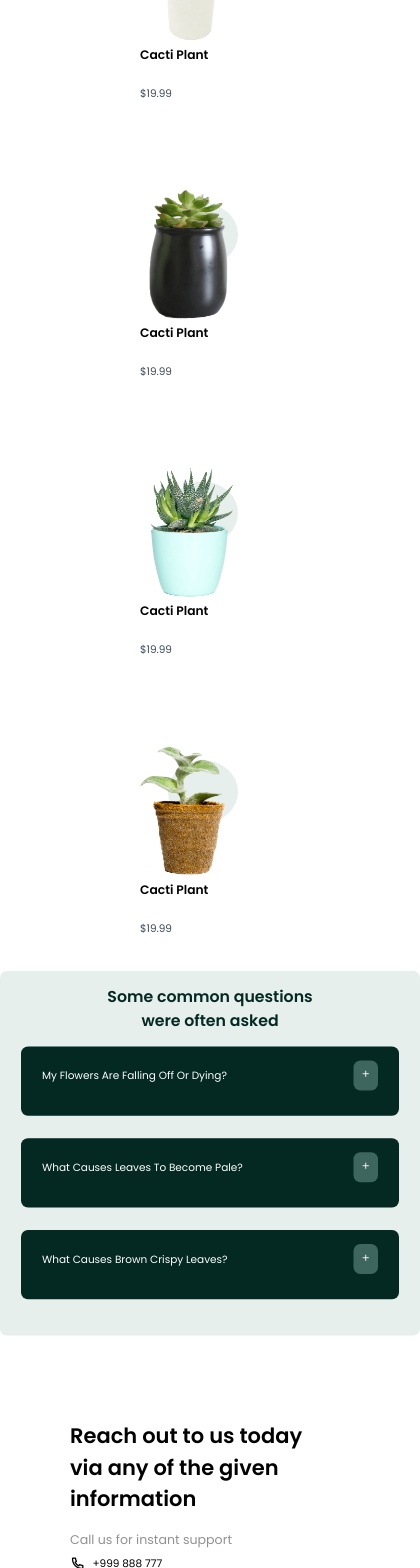
Repository: OmniaRafat232111121/plantwebsite
Page: index.html
An editor plug-in stored every save of this project. The page is shown before and after a run of saves, followed by the edit.
The browser window is 600 px wide. The pictures show the part of the page from y = 4260 to 6500 px (the page is 7720 px tall), at 70% of full size.

Above is the page before, as saved 2023-01-05 17:21:40.

### index.html
<!DOCTYPE html>
<html lang="en">
<head>
    <meta charset="UTF-8">
    <meta http-equiv="X-UA-Compatible" content="IE=edge">
    <meta name="viewport" content="width=device-width, initial-scale=1.0">
    <title>plant-website</title>
      <!--icon web-->
    <link rel="shortcut icon" href="assets/img/favicon.png" type="image/x-icon">
    <!--css style-->
    <link rel="stylesheet" href="./assets/css/styles.css">
    <!--remix icon-->
    <link href="https://cdn.jsdelivr.net/npm/remixicon@2.5.0/fonts/remixicon.css" rel="stylesheet">

</head>
<body>
<!--header-->
<header class="header" id="header">
<div class="container-header">
    <a class="nav_logo">
   <i class="ri-leaf-line nav_logo-icon "></i>Plantex
</a>

<nav class="nav_menu" id="nav_menu">
    <ul class="nav_list" id="nav_list">
        <li class="nav_item" id="nav_item">
                            <a href="#home" class="nav_link active-link">Home</a>
                        </li>
                        <li class="nav__item">
                            <a href="#about" class="nav_link">About</a>
                        </li>
                        <li class="nav__item">
                            <a href="#products" class="nav_link">Products</a>
                        </li>
                        <li class="nav__item">
                            <a href="#faqs" class="nav_link">FAQs</a>
                        </li>
                        <li class="nav__item">
                            <a href="#contact" class="nav_link">Contact Us</a>
                        </li>
                        <li class="mood">
       <i class= "ri-moon-line change-theme" id="theme-button"></i>

    </li>



    </ul>

    <div class="nav-close" id="nav_close">
        <i class="ri-close-line"></i>

    </div>
    <div  class="nav-btns">
   <i class= "ri-moon-line change-theme" id="theme-button"></i>
    <div class="nav-toggle" id="navToggle">
      <i class="ri-menu-line"></i>
    </div>
   </div>
    </div>
</nav>
</div>

</header>


    <!--home start-->
    <section class="home" id="home">
        <div class="home-container">
            <div class="left-content">
                <h1 class="home-title">plants will make <br>
                    your life better</h1>
                <p class="home-des">Create incredible plant design for your offices or apastaments. Add fresness to your new ideas.</p>
              <a>Explore<i class="ri-arrow-right-down-line button__icon"></i></a>
            </div>
            <div class="right-content">
            <img src="./assets/img/home.png" alt=""/>
            <div class=social_icons>
                 <span class="home__social-follow">Follow Us</span>

                        <div class="home__social-links">
                            <a href="https://www.facebook.com/" target="_blank" class="home__social-link">
                                <i class="ri-facebook-fill"></i>
                            </a>
                            <a href="https://www.instagram.com/" target="_blank" class="home__social-link">
                                <i class="ri-instagram-line"></i>
                            </a>
                            <a href="https://twitter.com/" target="_blank" class="home__social-link">
                                <i class="ri-twitter-fill"></i>
                            </a>
                        </div>

            </div>

        </div>

    </section>
 <!--home end-->
 <!--about start-->
 <section class="about" id="about">
    <div class="about-container">
        <div class="left-about">
          <img src="./assets/img/about.png" alt="image-about"/>
        </div>
        <div class="right-about">
            <h2 class="about-title">Who we really are &<br>why choose us</h2>
            <p class="about-desc">We have over 4000+ unbiased reviews and our customers trust our plant process and delivery service every time</p>
             <div class="about-deatails">
                <p class="about-description">
                      <i class="ri-checkbox-fill about__details-icon"></i>
                       We always deliver on time.
                </p>
                 <p class="about-description">
                      <i class="ri-checkbox-fill about__details-icon"></i>
                      We give you guides to protect and care for your plants.
                </p>

                 <p class="about-description">
                      <i class="ri-checkbox-fill about__details-icon"></i>
                      We give you guides to protect and care for your plants.
                </p>

                 <p class="about-description">
                      <i class="ri-checkbox-fill about__details-icon"></i>
                       We always deliver on time.
                </p>


             </div>
              <a href="#" class="button-link">
                            Shop Now <i class="ri-arrow-right-down-line button__icon"></i>
                        </a>
        </div>

    </div>

 </section>

 <!--about end-->
 <!--steps start-->
 <section class="steps">
    <div class="steps-container">
        <h2>Steps to start your<br>
            plants off right</h2>
            <div class="about-boxes">
                <div class="box">
                <span>01</span>
                <h3>Choose Plant</h3>
                <p>
                    We have several varieties
                    <br>plants you can choose from.
                </p>
                </div>
                  <div class="box">
                <span>02</span>
                <h3>Place an order</h3>
                <p>
                   Once your order is set, we<br>
                    move to the next step which<br>
                     is the shipping.
                </p>
                </div>

                 <div class="box">
                <span>03</span>
                <h3>Get plants delivered</h3>
                <p>
                   Our delivery process is easy,
                   <br> you receive the plant direct
                   <br>to your door.


                </p>
                </div>
            </div>

    </div>

 </section>
  <!--steps start-->
  <!--products start-->
  <section class="products" id="products">
    <div class="product-container">
        <div class="products-content">
        <h2>Check out our
            <br>products</h2>
            <p>Here are some selected plants from our showroom, all are in excellent shape and has a long life span. Buy and enjoy best quality.</p>
        </div>
        <div class="products-boxes">
            <div class="box">
                 <div class="product__circle"></div>
                <img src="./assets/img/product1.png" alt=""/>
                <h3>Cacti Plant</h3>
                <div>
                    <span>$19.99</span>
                     <button class="product_Button">
                            <i class="ri-shopping-bag-line"></i>
                        </button>
                </div>

            </div>
             <div class="box">
                 <div class="product__circle"></div>
                <img src="./assets/img/product2.png" alt=""/>
                <h3>Cacti Plant</h3>
                <div>
                    <span>$19.99</span>
                     <button class="product_Button">
                            <i class="ri-shopping-bag-line"></i>
                        </button>
                </div>

            </div>
             <div class="box">
                 <div class="product__circle"></div>
                <img src="./assets/img/product3.png" alt=""/>
                <h3>Cacti Plant</h3>
                <div>
                    <span>$19.99</span>
                     <button class="product_Button">
                            <i class="ri-shopping-bag-line"></i>
                        </button>
                </div>

            </div>
             <div class="box">
                 <div class="product__circle"></div>
                <img src="./assets/img/product4.png" alt=""/>
                <h3>Cacti Plant</h3>
                <div>
                    <span>$19.99</span>
                     <button class="product_Button">
                            <i class="ri-shopping-bag-line"></i>
                        </button>
                </div>

            </div>
             <div class="box">
                 <div class="product__circle"></div>
                <img src="./assets/img/product5.png" alt=""/>
                <h3>Cacti Plant</h3>
                <div>
                    <span>$19.99</span>
                     <button class="product_Button">
                            <i class="ri-shopping-bag-line"></i>
                        </button>
                </div>

            </div>
             <div class="box">
                 <div class="product__circle"></div>
                <img src="./assets/img/product6.png" alt=""/>
                <h3>Cacti Plant</h3>
                <div>
                    <span>$19.99</span>
                     <button class="product_Button">
                            <i class="ri-shopping-bag-line"></i>
                        </button>
                </div>

            </div>

        </div>

    </div>

  </section>
   <!--products end-->
   <!--question start-->
   <section class="question" id="faqs">
    <div class="title">
      <h2>Some common questions<br>
were often asked</h2>
    </div>
  <div class="section-question">


     <!--article one-->
      <article class="question">
        <div class="question-title">
         <p>My flowers are falling off or dying?</p>
         <button type="button" class="question-btn">
          <span class="plus-icon"><i class="ri-add-line"></i></span>
        <span class="minus-icon"><i class="ri-close-line"></i></span>
         </button>

        </div>
         <div class="question-text">
              <p>
               Plants are easy way to add color energy and transform your space but which planet is for you. Choosing the right plant.
              </p>
            </div>

    </article>
     <!--article two-->
      <article class="question">
        <div class="question-title">
         <p>What causes leaves to become pale?</p>
         <button type="button" class="question-btn">
          <span class="plus-icon"><i class="ri-add-line"></i></span>
        <span class="minus-icon"><i class="ri-close-line"></i></span>
         </button>

        </div>
         <div class="question-text">
              <p>
               Plants are easy way to add color energy and transform your space but which planet is for you. Choosing the right plant.
              </p>
            </div>

    </article>
    <!--article three-->
      <article class="question">
        <div class="question-title">
         <p>What causes brown crispy leaves?</p>
         <button type="button" class="question-btn">
          <span class="plus-icon"><i class="ri-add-line"></i></span>
        <span class="minus-icon"><i class="ri-close-line"></i></span>
         </button>

        </div>
         <div class="question-text">
              <p>
           Plants are easy way to add color energy and transform your space but which planet is for you. Choosing the right plant.
              </p>
            </div>

    </article>



  </div>

  </section>
 <!--question end-->
 <!--contact start-->
 <section class="contact" id="contact">
    <div class="contact-container">
        <div class="right-contact">
         <h3 class="contact-title">Reach out to us today<br>
          via any of the given<br>
          information</h3>
          <div class="call-contact">
            <p>Call us for instant support</p>
            <span>
            <i class="ri-phone-line"></i>
                +999 888 777
            </span>

          </div>
           <div class="mail-contact">
            <p>Write us by mail</p>
            <span>
            <i class="ri-mail-line"></i>
               user@email.com
            </span>

          </div>
        </div>
        <div class="left-contact">
        <form action="mailto:omniarafat2321@gmail.com" class="contact_form">
            <div class="inputs-contact">
             <div class="contact_content">
            <input   type="email" placeholder="Enter your Email">


                 </div>
                 <div class="contact_content">
            <input type="text" placeholder="Enter your subject ">

                 </div>
                 <div class="contact_content">
                    <textarea name="message" placeholder="Message "></textarea>

                            </div>

            </div>
                <button>
                Send Message
                <i class="ri-arrow-right-up-line button__icon"></i>
             </button>
        </form>
        </div>

    </div>

 </section>
  <!--contact end-->
<!--footer-start-->
  <section class="footer">
<div class="footer-container">
<div class="box">
    <h3>
           <i class="ri-leaf-line nav_logo-icon "></i>Plantex
    </h3>
    <h4>Subscribe to our newsletter<br>
to stay update</h4>
<a>
    <input type="email" placeholder="Email"/>
<button>
   Subscripe
</button>
</a>

</div>
<div class="box">
<h3>our Address</h3>
<span>123-peru</span>
<span>123-England</span>
<span>342-german</span>
</div>
<div class="box">
<h3>contact us</h3>
<span>+8833872882</span>
<div class="social">
     <a href="https://www.facebook.com/" target="_blank" class="home__social-link">
                                <i class="ri-facebook-fill"></i>
                            </a>
                            <a href="https://www.instagram.com/" target="_blank" class="home__social-link">
                                <i class="ri-instagram-line"></i>
                            </a>
                            <a href="https://twitter.com/" target="_blank" class="home__social-link">
                                <i class="ri-twitter-fill"></i>
                            </a>

</div>
</div>
<div class="box">
    <h3>We accept all credit cards</h3>
 <div class="box-images">
<img src="./assets/img/card1.png"/>
<img src="./assets/img/card2.png"/>
<img src="./assets/img/card3.png"/>
<img src="./assets/img/card4.png"/>
 </div>

</div>
</div>
  </section>
  <!--footer-end-->
 <!--scroll reveal-->
<script src="assets/js/scrollreveal.min.js"></script>
  <!--contact end-->
   <script src="./assets/js/main.js"></script>
</body>
</html>

### assets/css/styles.css
/*=============== GOOGLE FONTS ===============*/
@import url('https://fonts.googleapis.com/css2?family=Poppins:wght@400;500;600;700&display=swap');

/*=============== VARIABLES CSS ===============*/
:root {
  --header-height: 3.5rem; /*56px*/

  /*========== Colors ==========*/
  /*Color mode HSL(hue, saturation, lightness)*/
  --black:#000;
  --green:#3e655e;
  --bold-green:#032922;


  /*========== Font and typography ==========*/
  /*.5rem = 8px | 1rem = 16px ...*/
  --body-font: 'Poppins', sans-serif;
  --big-font-size: 2rem;
  --h1-font-size: 1.5rem;
  --h2-font-size: 1.25rem;
  --h3-font-size: 1rem;
  --normal-font-size: .938rem;
  --small-font-size: .813rem;
  --smaller-font-size: .75rem;

  /*========== Font weight ==========*/
  --font-medium: 500;
  --font-semi-bold: 600;

  /*========== Margenes Bottom ==========*/
  /*.5rem = 8px | 1rem = 16px ...*/
  --mb-0-5: .5rem;
  --mb-0-75: .75rem;
  --mb-1: 1rem;
  --mb-1-5: 1.5rem;
  --mb-2: 2rem;
  --mb-2-5: 2.5rem;

  /*========== z index ==========*/
  --z-tooltip: 10;
  --z-fixed: 100;
}



/*=============== BASE ===============*/
*{
  box-sizing: border-box;
  padding: 0;
  margin: 0;
}

html{
  scroll-behavior: smooth;
}

body,
button,
input,
textarea{
  font-family: var(--body-font);
  font-size: var(--normal-font-size);
}

body{
  margin: var(--header-height) 0 0 0;
  background-color: var(--body-color);
  color: var(--text-color);
  transition: .4s; /*For animation dark mode*/
}

button{
   cursor: pointer;
  border: none;
  outline: none;
}

h1,h2,h3{
  color: var(--title-color);
  font-weight: var(--font-semi-bold);
}

ul{
  list-style: none;
}

a{
  text-decoration: none;
}

img{
  max-width: 100%;
  height: auto;
}
/*========== resuable component ==========*/

::-webkit-scrollbar {
  width: 7px;
 }

::-webkit-scrollbar-track {
  border: 7px solid #fff;
  box-shadow: inset 0 0 2.5px 2px rgba(0, 0, 0, 0.5);
  border-radius: 1rem;
  }

::-webkit-scrollbar-thumb {
  background: linear-gradient(90deg, #3e655e, #3d4a59);
  border-radius: 1rem;
}

::-webkit-scrollbar-thumb:hover {
  background: linear-gradient(270deg, #032922, #3d4a59);
}


/*========Header========*/
 header{
  background-color: #fff;
  position: fixed;
  top:0;
  left:0;
  width:100%;
  z-index:1000;
  transition: 0.3s;
}
.container-header{
  display:flex;
  align-items: center;
  justify-content: space-between;
  height:var(--header-height);
  padding:40px;
}
.nav_menu{

}
.nav_logo{
  text-transform: uppercase;
  display:inline-flex;
  align-items: center;
  column-gap: 10px;
  font-weight: bold;
  margin-left: 50px;
  cursor: pointer;
}
.nav_logo:hover{
  color:var(--green);
}
.nav_logo-icon{
   color:var(--green);
}
.nav_logo i:hover{
  color:var(--black);
}
nav ul li {
  display: inline-block;
  cursor: pointer;
  margin-left: 40px;
}
nav ul li a{
  color:var(--black);


}
.nav-btns{
  display: none;
}
.mood{
  margin-left: 40px;
  font-size: 20px;

}

.nav-close
{

  font-size: 1.5rem;
  position: relative;
  top: 70px;
  right: 1.25rem;
  cursor: pointer;
  display: none;


}

.nav-btns{
  font-size: 20px;
  cursor: pointer;
}
.active-link{
  position: relative;
  color: var(--black);
}
.active-link::after{
  content: '';
  position: absolute;
  bottom: -8px;
  left: 0;
  width: 50%;
  height: 2px;
  background-color: var(--green);
}
.nav_link:hover{
 color: var(--green);
 transition: 0.3s;
}
@media screen and (max-width: 767px){
.nav_list{
display: none;
}
.nav_logo{
  margin-left: -10px;
}

.nav-btns{
  display:inline-flex;
  align-items: center;
  column-gap: 20px;
  font-weight: bold;
  margin-right: -10px;
  cursor: pointer;
}

  .show-menu{

     position: fixed;
    background-color:#fff;
    width: 100%;
    height: 50%;
    top: 80px;
    right: 0px;
    transition: .3s;
    z-index: 1000;
    display:grid;
    justify-content: center;
    text-align: center;

 padding: 10px;




  }
  .show-menu {

  }
  .show-menu .mood .ri-moon-line{
    display: none;
  }




}

/*=====home======*/
.home{
  padding: 0 80px;
  position:relative;

}
.home-container{
display:grid;
grid-template-columns: repeat(auto-fit, minmax(250px, 1fr));
grid-gap:30px;
margin-top: 70px;

}
.home-container .left-content{
  margin-top: 70px;
}
.home-container .left-content .home-title{
  font-size: 30px;
}
.home-container .left-content .home-des{
  color:rgb(145, 145, 145);
  margin-top: 20px;
  margin-bottom: 30px;
}
.home-container .left-content a{
  background-color: var(--bold-green);
  color:#fff;
  padding:20px 30px;
  border-radius: 15px;

}
.home-container .left-content  i{
  margin-left: 10px;
}
.right-content img{
  max-width: 100%;
  width:85%;
  justify-self: center;
}

.social_icons{
  position: absolute;
  top: 220px;
  right: 50px;
  display: grid;
  justify-items: center;
  row-gap: 3.5rem;

}
.home__social-links {
  margin-top: 30px;

}
.home__social-links a{
 color:var(--green);
}
.home__social-links a:hover{
color:var(--black);
}
.home__social-follow{
  position:relative;
  transform: rotate(90deg);
}
.home__social-follow::before{
content: '';
  position: absolute;
  width: 30px;
  height: 2px;
  background-color: var(--green);
  right: -45%;
  top: 50%;
}
.home__social-follow::after{
content: '';
  position: absolute;
  width: 30px;
  height: 2px;
  background-color: var(--green);
  left: -45%;
  bottom: 50%;
}
.home__social-links{
    transform: rotate(90deg);
}
.left-content a:hover{
  background-color:#032922;
  color: #fff;
  cursor: pointer;

}
@media(max-width:767px){
.social_icons{
  position: absolute;
  top: 220px;
  right: 10px;
  display: grid;
  justify-items: center;
  row-gap: 3.5rem;

}
}
/*======about=======*/
.about{
  position: relative;
  padding:60px 100px;
}
.about-container{
  display:grid;
grid-template-columns: repeat(auto-fit, minmax(300px, 1fr));
grid-gap:20px;

}
.about-container .left-about img{
  max-width: 100%;
  width:70%;
}
.about-container .right-about .about-title{
  font-size: 30px;
  margin-bottom: 30px;

}
.about-container .right-about .about-desc{
  margin-bottom:20px;

}
.about-container .right-about .about-deatails .about-description{
  padding-bottom: 20px;
}
.about-container .button-link{
  color:var(--green);

}
.about-container .button-link{
  display:inline-flex;
  align-items: center;
  column-gap: 10px;

 color:var(--green);
  cursor: pointer;
}
.about-container .button-link:hover i{

color: var(--bold-green);

}
@media(max-width:767px){
  .right-about.about-title h2{
    font-size: 10px;

  }
  .right-about{
    font-size: 16px;
    padding:10px;

  }
  .about-container{
    margin-top: 30px;
  }
}
/*=======change-header========*/
.change-header{
  background-color: #3e655e;
  color:#fff;
}
.change-header .nav_logo i{
  color:#fff;
}
.change-header .nav_logo:hover{
  color:var(--bold-green);
}
.change-header .nav_link:hover{
  color:#fff;
}
/*======steps=======*/

.steps{
  position:relative;
  padding:60px;

}
.steps-container{
  width:100%;
 padding:20px 50px;
  background-color: #3e6553;
  border-radius: 15px;
  height:500px;
}
.steps-container h2{
  text-align: center;
  padding-top: 40px;
  color:#fff;
}
.about-boxes{
  display:grid;
grid-template-columns: repeat(auto-fit, minmax(350px, 1fr));
grid-gap:10px;
margin-top: 40px;

}
.about-boxes .box{
background-color: #fff;
   padding: 40px 40px;
   border-radius: 20px;

}
.about-boxes .box span{
  background-color: #3e6553 ;
  padding:20px;
  color:#fff;
  margin-bottom: 40px;
  border-radius: 10px;
  cursor: pointer;
  transition: 0.3s;


}

.box .social {
  display:block;
}
.box .social i{
  margin-left: 5px;
   color:#3d4a59;
}
.box .social :hover i{
  color:#3e6553;
}

.about-boxes .box span:hover{
  color:#fff;
  background-color: #032922;


}
.about-boxes .box h3{
  margin-top: 30px;
}
/* .about-boxes .box:last-child{
  margin-right: 10px;
} */
@media(max-width:767px){

.steps-container{
  width:100%;
 padding:50px;
  background-color: #3e6553;
  border-radius: 15px;
  height:1100px;
}
.about-boxes{
  display:grid;
grid-template-columns: repeat(auto-fit, minmax(200px, 1fr));
grid-gap:20px;
margin-top: 40px;

}
.about-boxes .box{

   padding: 30px;


}

}
/*======products======*/
.products{
  padding:50px 260px;
  position:relative;
  display: grid;
  justify-content: center;
}
.products .products-content h2{
  text-align: center;
}
.products .products-content p{
  text-align: center;
  width:100%;

}
.products-boxes{
   display:grid;
grid-template-columns: repeat(auto-fit, minmax(200px, 1fr));
grid-gap:10px;
margin-top: 40px;
}
 .products-boxes .box img{
  max-width: 100%;
   position: relative;
  width: 70%;
  justify-self: center;
  transition: .3s;
}

.products-boxes.box{
  position:relative;

}
.box div{
  display:inline-flex;
  align-items: center;
  column-gap: 80px;
  margin-top: 20px;
  position: relative;
}
.box .product_Button{
  background-color:#3e6553;
  padding:10px;
  border-radius: 10px;
  color:#fff;
  font-size: 15px;
}
.product__circle{
  width: 100px;
  height: 90px;
  background-color: #e6efeb;
  border-radius: 50%;
  position: absolute;
  top: 30%;
  left: 20%;
}
/*==========question========*/

.question {
  background: #e6efeb;
  border-radius: 10px;
  padding: 20px 30px;
  margin-bottom: 2rem;
}
.section-question .question{
  background-color: #032922;
  margin-top: 20px;
}
.question-title {
  display: flex;
  justify-content: space-between;
  align-items: center;
  text-transform: capitalize;
  padding-bottom: 1rem;
}
.question .title h2{
   color: #032922;
  text-align: center;
}
.question-title p {
  margin-bottom: 0;
  letter-spacing: 1.2;
  color: #fff;
}
.question button{
    font-size: 15px;
    border-radius: 10px;
  background-color: var(--green);
  cursor: pointer;
  color: #fff;
  transition: 0.3s;
  padding:10px;
}
.question button:hover {
  transform: rotate(90deg);
}

.question-title{
  display:flex;
  align-items: center;
  justify-content: space-between;
}
.question-text {
  padding: 1rem 0 1.5rem 0;
  border-top: 1px solid #ffff;
}
.question-text p {
  margin-bottom: 0;
  color:#fff;
}

/* hide text */
.question-text {
  display: none;
}
.show-text .question-text {
  display: block;
}
.minus-icon {
  display: none;
}
.show-text .minus-icon {
  display: block;
}
.show-text .plus-icon {
  display: none;
}
@media(max-width:767px){
  .question{
    text-align: center;
  }
}
/*=============== Contact ===============*/
.contact{
  position:relative;
  padding:50px 100px;
}
.contact-container{
display:grid;
grid-template-columns: repeat(auto-fit, minmax(300px, 1fr));
grid-gap:10px;
margin-top: 40px;
}
.contact h3{
  font-size: 30px;
  margin-bottom: 20px;
}
.call-contact p{
  font-size: 18px;
  color:rgb(146, 145, 145);
}
.call-contact span{
  margin-top: 10px;
  display:inline-flex;
  column-gap: 10px;
  align-items:center;
}
.call-contact span i{
  font-size: 22px;
}
.mail-contact{
  margin-top: 30px;
}
.mail-contact p{
   font-size: 18px;
  color:rgb(146, 145, 145);
}
.mail-contact span{
  margin-top: 10px;
  display:inline-flex;
  column-gap: 10px;
  align-items:center;
}
.mail-contact span i{
   font-size: 22px;
}

.contact_content input{
  width:100%;
   height: 4rem;
  margin-top: 20px;
border:none;

outline: none;


}
.contact_content{
  border-bottom:1px solid rgb(151, 149, 149);
}

.contact_content textarea{
   width:100%;
   resize: none;
   margin-top: 20px;
    height: 7rem;
    border:none;
outline: none;
}
.left-contact button{
  background-color: #3e6553;
  padding:15px;
  border-radius: 10px;
  margin-top:10px;
  color:#fff;

}

.left-contact button:hover {
color: #3e6553;

  background-color:#000;
}
/*footer*/
.footer{
  position:relative;
padding:50px 100px;

}
.footer-container{
  display:grid;
grid-template-columns: repeat(auto-fit, minmax(200px, 1fr));
grid-gap:10px;
margin-top: 40px;
}
.box h4{
  margin-top: 30px;
  font-size: 16px;
}
.box input{
  margin-top: 30px;
  position: relative;
  height:70px;
  width: 100%;
  background-color: #e6efeb;
  border:none;
  outline:none;
  border-radius: 10px;
  padding:15px;
}
.box button{
  position:relative;
  top:-60px;
  margin-top: 5px;
  right:-140px;
  background-color: #032922;
  padding:10px;
  color:#fff;
  border-radius: 10px;
}
.box button i{
  display:inline-flex;
  column-gap: 10px;

}
.box span{
  color:#3d4a59;
  display:block;
  margin-top: 10px;
}
.box-images{
  display: block;
  margin-left: 40px;
}
.box-images img{
  margin-left: -40px;
  width: 40px;
  max-width: 100%;

}

@media(max-width:767px){
  .box button{
    display:none;
  }
}

Loaded but not shown: assets/js/scrollreveal.min.js (library); assets/js/main.js (35 lines, source omitted)

After the next 6 saves:
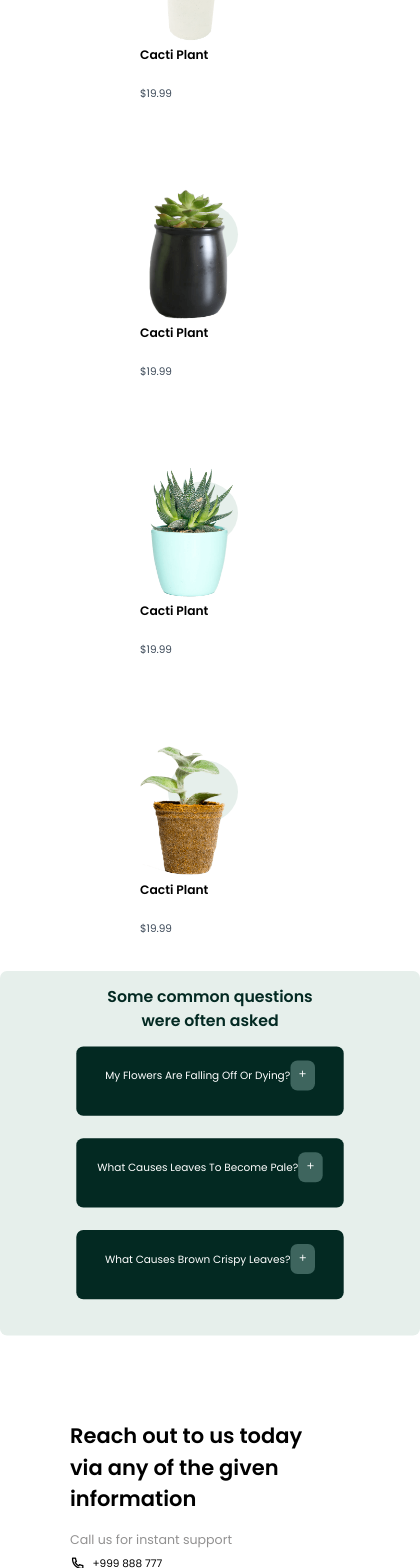
The 6 saves are shown as one change because they came seconds apart.
The last was saved 24 s later.
--- a/assets/css/styles.css
+++ b/assets/css/styles.css
@@ -647,7 +647,8 @@ margin-top: 40px;
 }
 @media(max-width:767px){
   .question{
-    text-align: center;
+    display: grid;
+    justify-content: center;
   }
 }
 /*=============== Contact ===============*/
